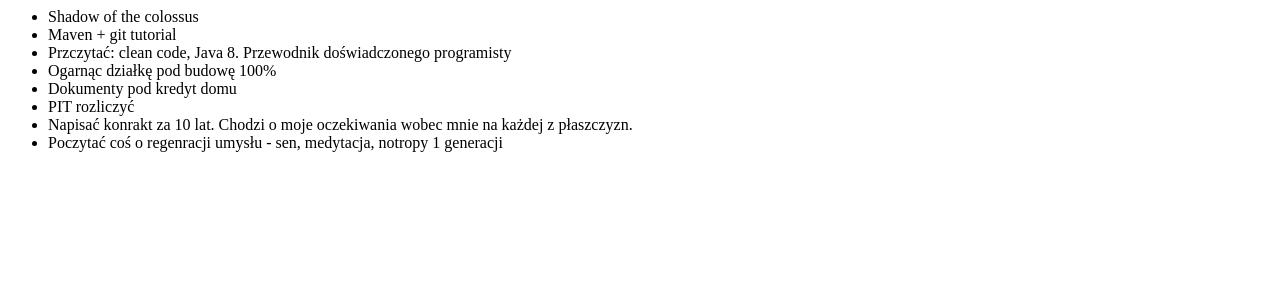
Repository: enril/enril.github.io
Page: index.html
The author's editor kept a copy of each file at every save. The page is drawn from the files as they stood at one save, then again after the next save.
The browser window is 1280 px wide. The pictures show the whole page.

Above is the page before, as saved 2019-04-14 22:58:51.

After the next save:
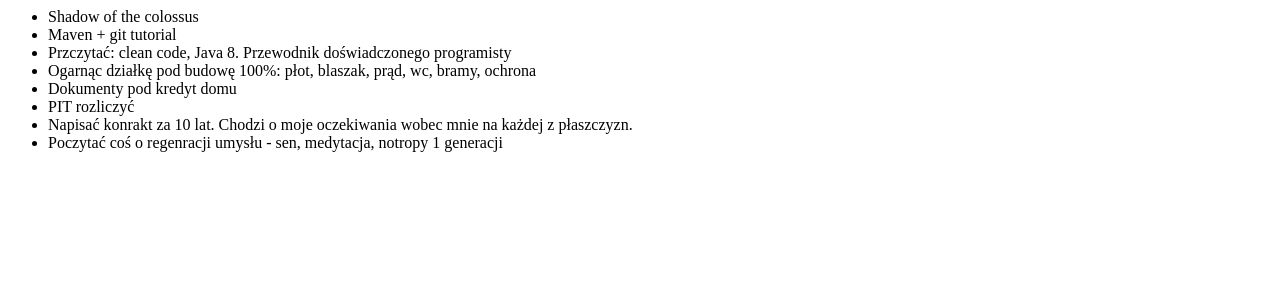
Saved 65 s later.
--- a/index.html
+++ b/index.html
@@ -4,7 +4,7 @@
       <li>Shadow of the colossus</li>
       <li>Maven + git tutorial</li>
       <li>Przczytać: clean code, Java 8. Przewodnik doświadczonego programisty</li>
-      <li>Ogarnąc działkę pod budowę 100%</li>
+      <li>Ogarnąc działkę pod budowę 100%: płot, blaszak, prąd, wc, bramy, ochrona</li>
       <li>Dokumenty pod kredyt domu</li>
       <li>PIT rozliczyć</li>
       <li>Napisać konrakt za 10 lat. Chodzi o moje oczekiwania wobec mnie na każdej z płaszczyzn.</li>
